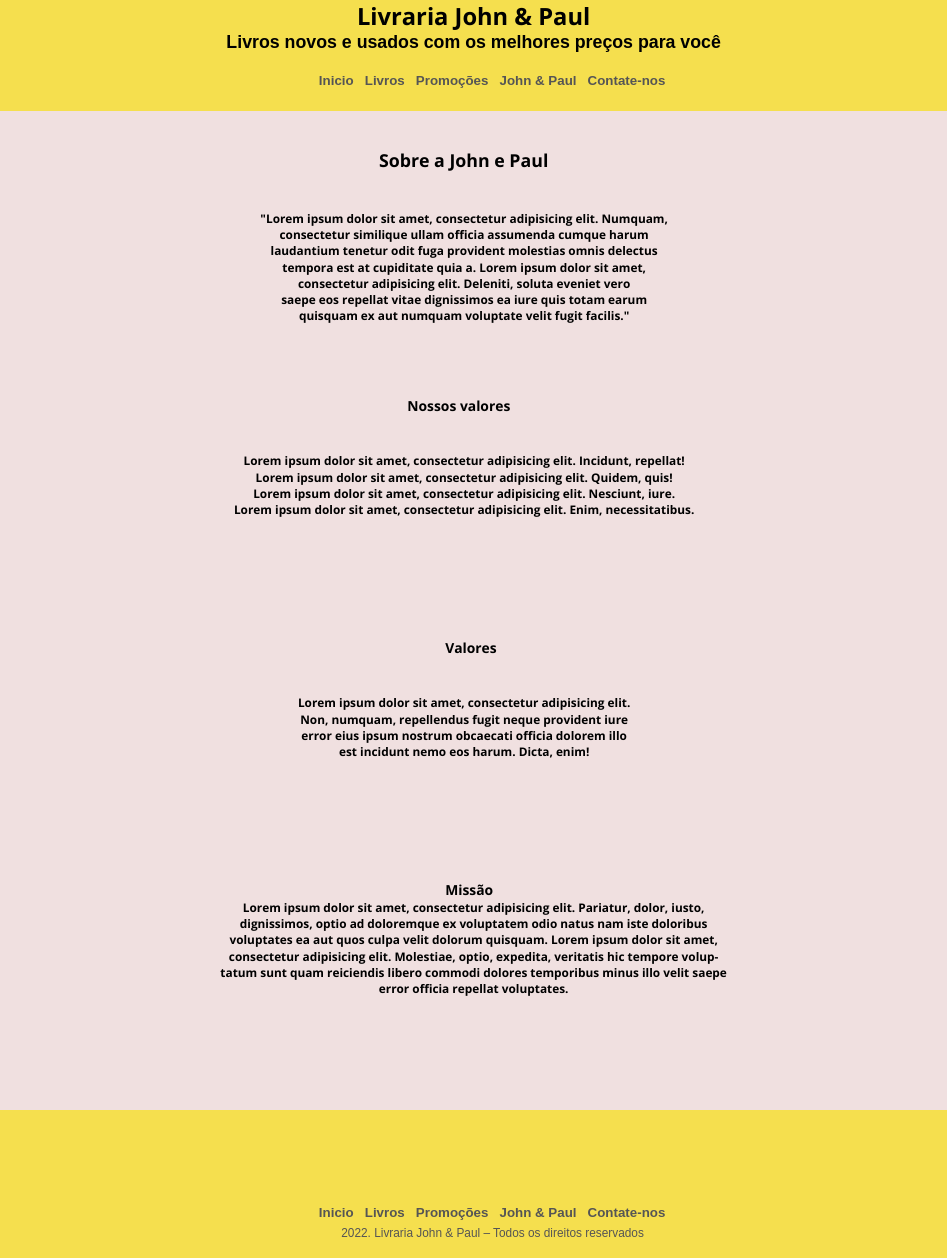
Repository: MarcoantonioCaldeira/Site-livraria-John-e-Paul
Page: sobre.html
The author's editor kept a copy of each file at every save. The page is drawn from the files as they stood at one save, then again after the next save.
The browser window is 1280 px wide. The pictures show the whole page, at 74% of full size.

Above is the page before, as saved 2022-09-25 10:48:45.

### sobre.html
<!doctype html>
<html dir="ltr" lang="pt-BR">
<head>
   <meta name="viewport" content="width=device-width, initial-scale=1.0">

   <title>Meu Primeiro Projeto</title>
   <link rel="stylesheet" href="css/estilo.css">
</head>
<body>
<header id="topo">
   <h1 class="center"> Livraria John & Paul</h1>
   <h2 class="center">Livros novos e usados com os melhores preços para você</h2>
</header>
<nav id="menu-sobre">
   <ul>
      <li><a href="index.html">Inicio</a></li>
      <li><a href="produtos.html">Livros</a></li>
      <li><a href="#">Promoções</a></li>
      <li><a href="sobre.html">John & Paul</a></li>
      <li><a href="contato.html">Contate-nos</a></li>
   </ul>
</nav>
<section class="sobre">
   <h1 class="h1-sobre">Sobre a John e Paul</h1>

   <div  class="section-info">
      <h4>"Lorem ipsum dolor sit amet, consectetur adipisicing elit. Numquam,<br>
      consectetur similique ullam officia assumenda cumque harum<br> laudantium tenetur
      odit fuga provident molestias omnis delectus<br> tempora est at cupiditate quia a.
      Lorem ipsum dolor sit amet,<br> consectetur adipisicing elit. Deleniti,
      soluta eveniet vero<br> saepe eos repellat vitae dignissimos ea iure quis
      totam earum<br> quisquam ex aut numquam voluptate velit fugit facilis."</h4>
   </div>



   <h3 class="h3-valores">Nossos valores</h3>

   <div class="section-valores">
      <h4>Lorem ipsum dolor sit amet, consectetur adipisicing elit. Incidunt, repellat!<br>
      Lorem ipsum dolor sit amet, consectetur adipisicing elit. Quidem, quis!<br>
      Lorem ipsum dolor sit amet, consectetur adipisicing elit. Nesciunt, iure.<br>
      Lorem ipsum dolor sit amet, consectetur adipisicing elit. Enim, necessitatibus.</h4>
   </div>

   <h3 class="h3-valores-2">Valores</h3>
   <div  class="section-valores">
      <h4>Lorem ipsum dolor sit amet, consectetur adipisicing elit.<br>
      Non, numquam, repellendus fugit neque provident iure <br>error eius
      ipsum nostrum obcaecati officia dolorem illo <br>est incidunt nemo eos
      harum. Dicta, enim!</h4>
   </div>

   <h3 class="h3-missao">Missão</h3>
   <div class="section-missao">
      <h4>Lorem ipsum dolor sit amet, consectetur adipisicing elit. Pariatur, dolor, iusto,<br>
      dignissimos, optio ad doloremque ex voluptatem odio natus nam iste doloribus<br> voluptates ea
      aut quos culpa velit dolorum quisquam. Lorem ipsum dolor sit amet, <br>consectetur adipisicing
      elit. Molestiae, optio, expedita, veritatis hic tempore volup-<br>tatum sunt quam reiciendis libero
      commodi dolores temporibus minus illo velit saepe <br>error officia repellat voluptates.</h4>
   </div>


</section>

<footer id="rodape">
   <ul class="ul_rodape">
      <li><a href="index.html">Inicio</a></li>
      <li><a href="produtos.html">Livros</a></li>
      <li><a href="#">Promoções</a></li>
      <li><a href="sobre.html">John & Paul</a></li>
      <li><a href="contato.html">Contate-nos</a></li>
   </ul>
   <p>2022. Livraria John & Paul – Todos os direitos reservados</p>
</footer>
</body>
</html>

### css/estilo.css
/* Import font from google */
@import url(http://fonts.googleapis.com/css?family=Open+Sans:400,300,700);

*{
   margin: 0;
}


body{
   background-color:  rgb(240, 224, 224);
   font-family: sans-serif;
   margin: 0;
   padding: 0;
}
h1,h3,h4,h5,h6{
   font-family: 'Open Sans', sans-serif;
}

.h2_destaque{
   margin-left: 45%;
   margin-top: 5%;
   color:#555;
   font-family: 'Open Sans', sans-serif;
}

#topo{
   background-color: #f5df4e;
   width: 100%;
   height:150px;
   margin:0 auto;
}

.destaques{
   background-color: rgb(240, 224, 224);
   width: 100%;
   height:1300px;
}


#menu{
   width:50%;
   text-align: center;
   margin-top: 2%;
   margin-left: 25%;
   height:50px;
}

a{
   font-weight:600;
   text-decoration: none;
   margin-left: 10px;
   font-family: arial;
   color:#555;
}

#menu li{
   display:inline;
}
.destaques li{
   width: 50%;
   float: left;
   text-align: center;
   list-style: none;
   padding: 20px 0;
}

ul{
   font-size: 18px;
}


.ul_rodape{
   margin-top: 10%;
}

.destaques li strong{
   width: 100%;
   display: block;
}
.center{
   text-align: center;
}


form fieldset{
   border: none;
}
form legend{
   text-transform: uppercase;
   font-size: 1.2em;
   padding: 0;
   width: 100%;
   border-bottom: 1px solid #555;
}
form label, form input:not([type=checkbox]), form select, form textarea{
   width: 100%;
}
form div{
   width: 48%;
   margin: 0 1%;
   height: 180px;
   float: left;
}
button{
   padding: 10px 20px;
   background-color: blue;
   color: #fff;
   border: none;
   -webkit-border-radius: 5px;
   -moz-border-radius: 5px;
   border-radius: 5px;
}
#rodape{
   width: 100%;
   height: 200px;
   background-color:  #f5df4e;
   color: #ccc;
   float: left;
   text-align: center;
}

p{
   color: #555;
   line-height: 34px;
   margin-left: 4%;
}

li {
   display: inline;
}

/*Produtos*/
#menu-produtos{
   width:50%;
   text-align: center;
   margin-top: -4%;
   margin-left: 25%;
   height:50px;
}

.produtos{

   height:600px;
}

table{
   position: relative;
   margin-left: 27%;
   top: 20%;
   background-color:rgb(240, 224, 224);
   border-radius: 5px;
   border: 1px solid #555;
}

tr, td{
   border: 1px solid #555;
}


/*Sobre*/

#menu-sobre{
   width:50%;
   text-align: center;
   margin-top: -4%;
   margin-left: 25%;
   height:50px;
}

.sobre{
   width: 100%;
   height:1300px;
}

h4
{
   text-align: center;
}

.h1-sobre{
   margin-top: 4%;
   margin-left: 40%;
}

.section-info{
   position: relative;
   margin-left: 24%;
   margin-top: 4%;
   width: 50%;
   height:200px;
}


.h3-valores{
   margin-top: 4%;
   margin-left: 43%;
}

.section-valores{
   position: relative;
   margin-left: 24%;
   margin-top: 4%;
   width: 50%;
   height:200px;
}

.h3-valores-2{
   margin-top: 4%;
   margin-left: 47%;
}

.h3-missao{
   margin-top: 4%;
   margin-left: 47%;
}


@media  screen and (max-width: 750px){


   #main-menu {
      display: none;
    }
    #hamburger-menu {
      display: inline;
    }

   h2.center, h1.center{
      font-size: 19px;
      color: blue;
   }

   h2.h2_destaque{
      margin-left: 40%;
   }

   ul#ul_rodape{
      color: red;
   }

   p{
      color: black;
      margin-top: 20%;
      margin-left: 4%;
   }

}

After the next save:
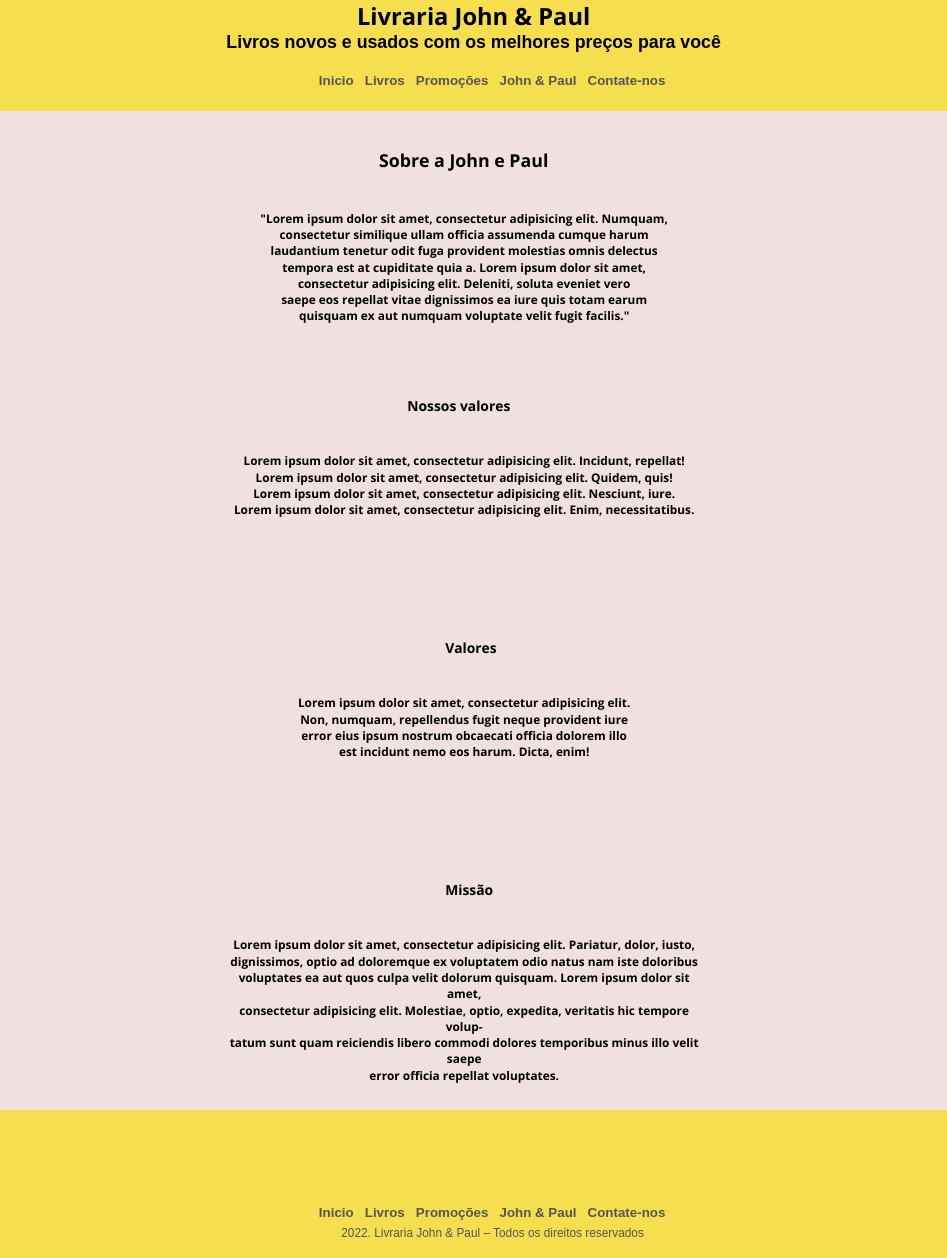
Saved 30 s later.
--- a/css/estilo.css
+++ b/css/estilo.css
@@ -214,6 +214,14 @@ h4
    margin-left: 47%;
 }
 
+.section-missao{
+   position: relative;
+   margin-left: 24%;
+   margin-top: 4%;
+   width: 50%;
+   height:200px;
+}
+
 
 @media  screen and (max-width: 750px){
 
